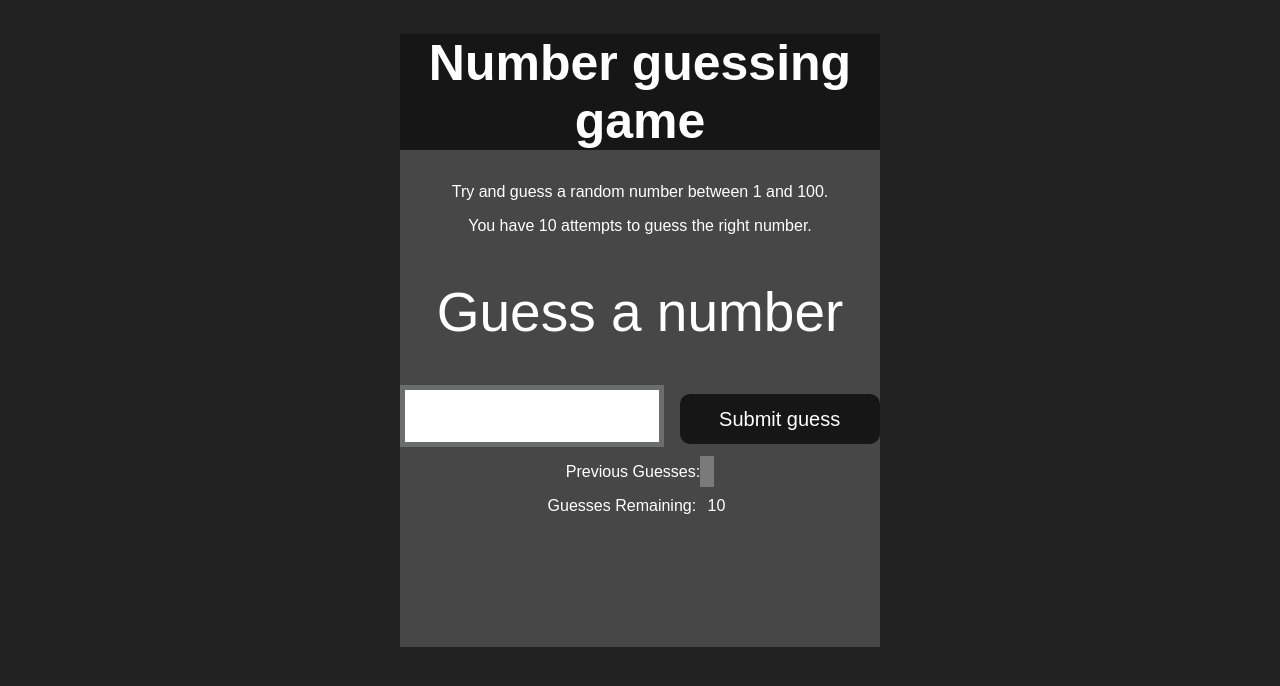
Repository: VishwaGoswami1407/JavaScript-Practice
Page: 07_projects/project4.html
These files come from the project's save history. The page is drawn as it stood at one moment and after the next save; the edit follows.
The browser window is 1280 px wide. The pictures show the whole page.

Above is the page before, as saved 2024-07-07 19:31:47.

### 07_projects/project4.html
<!DOCTYPE html>
<html lang="en">
<head>
    <meta charset="UTF-8">
    <meta name="viewport" content="width=device-width, initial-scale=1.0">
    <meta http-equiv="X-UA-Compatible" content="ie=edge">
    <title>Number Guessing Game</title>
    <link rel="stylesheet" href="style4.css">

</head>
<body style="background-color:#212121; color:#fff;">

    <div id="wrapper">
      <h1>Number guessing game</h1>
    <p>Try and guess a random number between 1 and 100.</p>
    <p>You have 10 attempts to guess the right number.</p>
    </br>
        <form class="form">
            <label2 for="guessField" id="guess">Guess a number</label>
            <input type="text" id="guessField" class="guessField">
            <input type="submit" id="subt" value="Submit guess" class="guessSubmit">
        </form>

        <div class="resultParas">
            <p >Previous Guesses: <span class="guesses"></span></p>
            <p >Guesses Remaining: <span class="lastResult">10</span></p>
            <p class="lowOrHi"></p>
        </div>
    </div>
    <script src="project4.js"></script>
</body>
</html>

### 07_projects/style4.css
html {
    font-family: sans-serif;
  }

  body {
    width: 300px;
    max-width: 750px;
    min-width: 480px;
    margin: 0 auto;
    background-color: #212121;
  }

  .lastResult {
    color: white;
    padding: 7px;
  }

  .guesses {
    color: white;
    padding: 7px;
  }

  button {
    background-color: #141414;
    color: #fff;
    width: 250px;
    height: 50px;
    border-radius: 25px;
    font-size: 30px;
    border-style: none;
    margin-top: 30px;
    /* margin-left: 50px; */
  }

  #subt {
    background-color: #161616;
    color: #ffffff;
    width: 200px;
    height: 50px;
    border-radius: 10px;
    font-size: 20px;
    border-style: none;
    margin-top: 50px;
    /* margin-left: 75px; */
  }

  #guessField {
    color: #000;
    width: 250px;
    height: 50px;
    font-size: 30px;
    border-style: none;
    margin-top: 25px;

    /* margin-left: 50px; */
    border: 5px solid #6c6d6d;
    text-align: center;
  }

  #guess {
    font-size: 55px;
    /* margin-left: 90px; */
    margin-top: 120px;
    color: #fff;
  }

  .guesses {
    background-color: #7a7a7a;
  }

  #wrapper {
    box-sizing: border-box;
    text-align: center;

    height: 613px;
    background-color: #474747;
    color: #fff;
    font-size: 25px;
  }

  h1 {
    background-color: #161616;

    color: #fff;
    text-align: center;
  }

  p {
    font-size: 16px;
    text-align: center;
  }

Loaded but not shown: 07_projects/project4.js (no stored copy; drawn as an empty file)

After the next save:
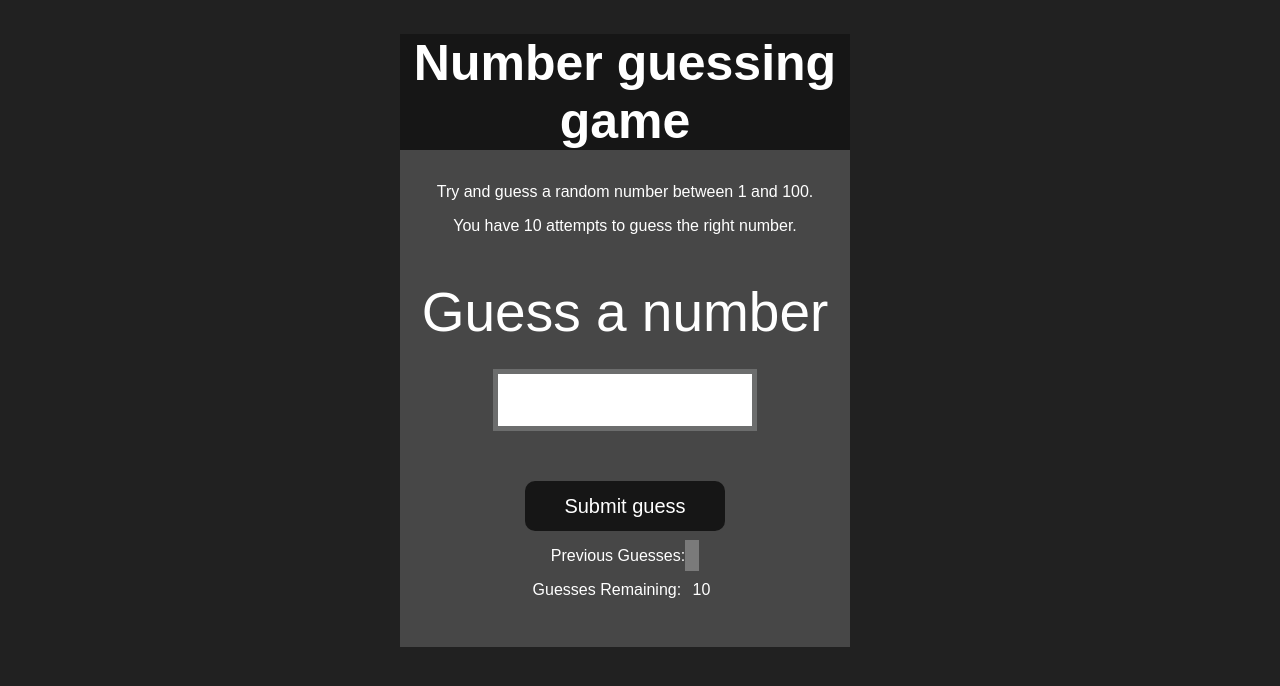
Saved 9 s later.
--- a/07_projects/style4.css
+++ b/07_projects/style4.css
@@ -71,7 +71,7 @@ html {
   #wrapper {
     box-sizing: border-box;
     text-align: center;
-
+    width: 450px;
     height: 613px;
     background-color: #474747;
     color: #fff;
